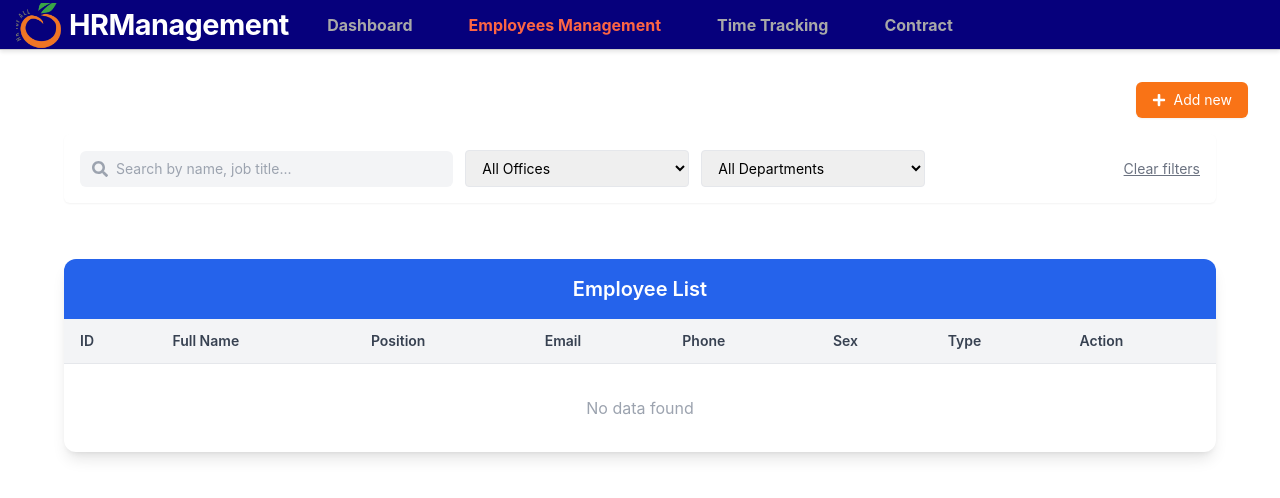
Repository: justJackiee/DA-251
Page: /employeemanagement (app in my-react-app/)
The author's editor kept a copy of each file at every save. The page is drawn from the files as they stood at one save, then again after the next save.
The browser window is 1280 px wide. The pictures show the whole page.
The page's requests for data from a server got no answer. The project was rebuilt for these pictures with package versions that can differ from the ones it lists, and the page was loaded fresh each time. No one was signed in, and anything a server would have sent is missing. Also part of the build but not shown: my-react-app/src/App.css, my-react-app/src/components/pagination.js, my-react-app/src/pages/dashboard.js, my-react-app/src/components/button.js.

Above is the page before, as saved 2025-12-03 15:43:42.

### my-react-app/public/index.html
<!DOCTYPE html>
<html lang="en">
  <head>
    <meta charset="utf-8" />
    <link rel="icon" href="%PUBLIC_URL%/favicon.ico" />
    <meta name="viewport" content="width=device-width, initial-scale=1" />
    <meta name="theme-color" content="#000000" />
    <meta
      name="description"
      content="Web site created using create-react-app"
    />
    <link rel="apple-touch-icon" href="%PUBLIC_URL%/logo192.png" />
    <!--
      manifest.json provides metadata used when your web app is installed on a
      user's mobile device or desktop. See https://developers.google.com/web/fundamentals/web-app-manifest/
    -->
    <link rel="manifest" href="%PUBLIC_URL%/manifest.json" />

    <!-- Google Fonts - Baloo 2 -->
    <link rel="preconnect" href="https://fonts.googleapis.com">
    <link rel="preconnect" href="https://fonts.gstatic.com" crossorigin>
    <link href="https://fonts.googleapis.com/css2?family=Baloo+2:wght@400;500;600;700;800&display=swap" rel="stylesheet">

    <!--
      Notice the use of %PUBLIC_URL% in the tags above.
      It will be replaced with the URL of the `public` folder during the build.
      Only files inside the `public` folder can be referenced from the HTML.

      Unlike "/favicon.ico" or "favicon.ico", "%PUBLIC_URL%/favicon.ico" will
      work correctly both with client-side routing and a non-root public URL.
      Learn how to configure a non-root public URL by running `npm run build`.
    -->
    <title>React App</title>
  </head>
  <body>
    <noscript>You need to enable JavaScript to run this app.</noscript>
    <div id="root"></div>
    <!--
      This HTML file is a template.
      If you open it directly in the browser, you will see an empty page.

      You can add webfonts, meta tags, or analytics to this file.
      The build step will place the bundled scripts into the <body> tag.

      To begin the development, run `npm start` or `yarn start`.
      To create a production bundle, use `npm run build` or `yarn build`.
    -->
  </body>
</html>

### my-react-app/src/App.js
import React from "react";
import { FaSearch, FaTrash } from "react-icons/fa";
import logo from './logo.svg';
import './App.css';

import { HRNavbar } from './components/Navbar';
import CustomScrollbar from './components/schollbar';
import Pagination from './components/pagination'
import Dashboard from './pages/dashboard';
import EmployeeManagement from './pages/employeemanagement'; // modify to test CEmployeeTable
import {
  PrimaryButton,
  SecondaryButton,
  IconButton,
  DropdownButton,
} from "./components/button";

import {
    BrowserRouter as Router,
    Routes,
    Route,
} from "react-router-dom";

import { ThemeProvider } from "@material-tailwind/react";

function App() {
  return (
    <ThemeProvider>
    <Router>
      <div className="h-screen flex flex-col">
        <HRNavbar />

        <main className="flex-1 relative">
          {/* <PrimaryButton text="Save" onClick={() => alert("Saved!")} />
          <SecondaryButton text="Cancel" onClick={() => alert("Cancelled!")} />
          <IconButton icon={<FaSearch />} label="Search" onClick={() => alert("Searching...")} />
          <IconButton icon={<FaTrash />} label="Delete" onClick={() => alert("Deleted!")} /> */}
          {/* <DropdownButton
            label="Select Report"
            options={[
              { label: "Monthly Report", onClick: () => alert("Monthly selected") },
              { label: "Yearly Report", onClick: () => alert("Yearly selected") },
            ]}
          /> */}

          <CustomScrollbar>
            {/* <div className="p-4 md:p-8"> dùng để canh lề (margin)*/}
            <div className="p-4 md:p-8">
              <Routes>
                <Route path="/dashboard" element={<Dashboard />} />
                <Route path="/employeemanagement" element={<EmployeeManagement />} />
                <Route path="/contract" element={<h1>Contract Page</h1>} />
                <Route path="/timetracking" element={<h1>Time Tracking Page</h1>} />
                <Route path="/" element={
                  <header className="App-header">
                    <img src={logo} className="App-logo" alt="logo" />
                    <h1>Welcome to HR Management System</h1>
                    <p>Click on Dashboard in the navigation to get started!</p>
                  </header>
                } />
              </Routes>
            </div>
          </CustomScrollbar>
        </main>
      </div>
    </Router>
    </ThemeProvider>
  );
}

export default App;

### my-react-app/src/components/Navbar/index.js
import React, { useState, useEffect } from 'react';
import { Link, useLocation } from 'react-router-dom';

export function HRNavbar() {
  const [isMenuOpen, setIsMenuOpen] = useState(false);
  const [isMobile, setIsMobile] = useState(false);

  useEffect(() => {
    const checkScreenSize = () => {
      setIsMobile(window.innerWidth < 768);
    };

    checkScreenSize();
    window.addEventListener('resize', checkScreenSize);

    return () => window.removeEventListener('resize', checkScreenSize);
  }, []);

  const toggleMenu = () => {
    setIsMenuOpen(!isMenuOpen);
  };

  const location = useLocation();
  const current = location.pathname || '/';

  const linkColor = (path) => (current === path ? '#fc6544' : '#a8a8a8ff');

  return (
    <nav style={{
      backgroundColor: '#06007c',
      padding: '0',
      boxShadow: '0 2px 4px rgba(0,0,0,0.1)',
      borderBottom: '1px solid #ccc',
      position: 'relative',
      height: '50px',
      minHeight: '50px',
      maxHeight: '50px',
      overflow: 'visible',
      boxSizing: 'border-box'
    }}>
      {/* Main Navigation Bar */}
      <div style={{
        display: 'flex',
        alignItems: 'center',
        height: '50px',
        padding: '0 1rem',
        boxSizing: 'border-box',
        position: 'relative'
      }}>
        {/* Left side: Brand */}
         {isMobile && (
          <div style={{ marginLeft: '0.5rem', zIndex: 20 }}>
            <button
              onClick={toggleMenu}
              aria-label="Open menu"
              style={{
                background: 'none',
                border: '2px solid #fc6544',
                fontSize: '1.5rem',
                cursor: 'pointer',
                padding: '0.25rem 0.5rem',
                color: '#fc6544',
                borderRadius: '4px'
              }}
            >
              {isMenuOpen ? '✕' : '☰'}
            </button>
          </div>
        )}
        <div style={{
          display: 'flex',
          alignItems: 'center',
          gap: '0.5rem',
          // On desktop we position the brand absolutely to allow a centered menu.
          // On mobile we keep it in normal flow so it doesn't overlap the hamburger button.
          position: isMobile ? 'relative' : 'absolute',
          left: isMobile ? '0.5rem' : '1rem',
          zIndex: 10
        }}>
          {/* Brand / Logo and Text Container */}
          <div style={{
            display: 'flex',
            alignItems: 'center',
            gap: '0.5rem'
          }}>
            {/* Logo */}
            <div style={{
              height: '45px',
              width: '45px',
              display: 'flex',
              alignItems: 'center',
              justifyContent: 'center',
              overflow: 'hidden',
              flexShrink: 0
            }}>
              <img
                src="/idCu14vzRC_logos-removebg-preview.png"
                alt="HRManagement Logo"
                style={{
                  maxHeight: isMobile ? '40px' : '70px',
                  maxWidth: isMobile ? '40px' : '70px',
                  width: 'auto',
                  height: 'auto',
                  objectFit: 'contain'
                }}
              />
            </div>
            {/* Text */}
            <h2 style={{
              margin: 0,
              color: '#ffffff',
              fontSize: isMobile ? '1.6rem' : '1.8rem',
              fontWeight: '700',
              fontFamily: 'Baloo 2, sans-serif',
              letterSpacing: '-0.5px'
            }}>
              HRManagement
            </h2>
          </div>
        </div>
        {/* Mobile hamburger placed inside left brand container so it's on the left side */}


        {/* Center: Desktop Menu */}
        {!isMobile && (
          <div style={{
            display: 'flex',
            gap: '3.5rem',
            alignItems: 'center',
            position: 'absolute',
            left: '50%',
            transform: 'translateX(-50%)'
          }}>
            <Link to="/dashboard" style={{
              textDecoration: 'none',
              color: linkColor('/dashboard'),
              fontSize: '1rem',
              fontWeight: '650',
              fontFamily: 'Baloo 2, sans-serif'
            }}>
              Dashboard
            </Link>
            <Link to="/employeemanagement" style={{
              textDecoration: 'none',
              color: linkColor('/employeemanagement'),
              fontSize: '1rem',
              fontWeight: '650',
              fontFamily: 'Baloo 2, sans-serif'
            }}>
              Employees Management
            </Link>
            <Link to="/timetracking" style={{
              textDecoration: 'none',
              color: linkColor('/timetracking'),
              fontSize: '1rem',
              fontWeight: '650',
              fontFamily: 'Baloo 2, sans-serif'
            }}>
              Time Tracking
            </Link>
            <Link to="/contract" style={{
              textDecoration: 'none',
              color: linkColor('/contract'),
              fontSize: '1rem',
              fontWeight: '650',
              fontFamily: 'Baloo 2, sans-serif'
            }}>
              Contract
            </Link>
          </div>
        )}

  {/* Right side: Button and Mobile Menu (hidden on mobile) */}
  <div style={{ display: 'flex', alignItems: 'center' }}>
          {/* Desktop Button - Hidden on mobile */}
          {/* {!isMobile && (
            <button style={{
              backgroundColor: '#374151',
              color: 'white',
              padding: '0.5rem 1rem',
              border: 'none',
              borderRadius: '0.375rem',
              cursor: 'pointer',
              fontSize: '0.875rem',
              fontWeight: '500',
              fontFamily: 'Baloo 2, sans-serif'
            }}>
              GET STARTED
            </button>
          )} */}

          {/* Desktop-only button (hidden on mobile) - kept for symmetry if needed */}
          {/* Hide the hamburger on desktop: only show mobile hamburger (left side) */}
          <button
            onClick={toggleMenu}
            style={{
              background: 'none',
              border: '2px solid #fc6544',
              fontSize: '1.5rem',
              cursor: 'pointer',
              padding: '0.5rem',
              color: '#fc6544',
              borderRadius: '4px',
              display: 'none' // ensure no hamburger appears on desktop
            }}
          >
            {isMenuOpen ? '✕' : '☰'}
          </button>
        </div>
      </div>

      {/* Mobile Menu Dropdown - Show when menu is open */}
      {isMenuOpen && (
        <div style={{
          position: 'absolute',
          top: '50px',              // Position right below navbar
          left: 0,
          right: 0,
          backgroundColor: '#ffffff',
          boxShadow: '0 4px 6px rgba(0,0,0,0.1)',
          padding: '1rem 2rem',
          display: 'flex',
          flexDirection: 'column',
          gap: '0',
          zIndex: 9999,
          border: '1px solid #e5e7eb',
          borderTop: 'none',
          width: '100%',
          boxSizing: 'border-box',
          minHeight: '200px'        // Add minimum height to ensure visibility
        }}>
          <Link to="/dashboard" style={{
            textDecoration: 'none',
            color: linkColor('/dashboard'),
            fontSize: '1rem',
            padding: '1rem 0',
            borderBottom: '1px solid #f3f4f6',
            fontFamily: 'Baloo 2, sans-serif'
          }}>
            Dashboard
          </Link>
          <Link to="/employeemanagement" style={{
            textDecoration: 'none',
            color: linkColor('/employeemanagement'),
            fontSize: '1rem',
            padding: '1rem 0',
            borderBottom: '1px solid #f3f4f6',
            fontFamily: 'Baloo 2, sans-serif'
          }}>
            Employees Management
          </Link>
          <Link to="/timetracking" style={{
            textDecoration: 'none',
            color: linkColor('/timetracking'),
            fontSize: '1rem',
            padding: '1rem 0',
            borderBottom: '1px solid #f3f4f6',
            fontFamily: 'Baloo 2, sans-serif'
          }}>
            Time Tracking
          </Link>
          <Link to="/contract" style={{
            textDecoration: 'none',
            color: linkColor('/contract'),
            fontSize: '1rem',
            padding: '1rem 0',
            borderBottom: '1px solid #f3f4f6',
            fontFamily: 'Baloo 2, sans-serif'
          }}>
            Contract
          </Link>
          {/* <button style={{
            backgroundColor: '#374151',
            color: 'white',
            padding: '0.75rem 1.5rem',
            border: 'none',
            borderRadius: '0.375rem',
            cursor: 'pointer',
            fontSize: '1rem',
            fontWeight: '500',
            marginTop: '1rem',
            marginBottom: '0.5rem',
            fontFamily: 'Baloo 2, sans-serif'
          }}>
            GET STARTED
          </button> */}
        </div>
      )}
    </nav>
  );
}

### my-react-app/src/components/schollbar.js
import React from 'react';
import { Scrollbars } from 'react-custom-scrollbars-2';

// Đổi kiểu thumb
const CustomThumb = (props) => (
  <div {...props} className="bg-slate-500 rounded-full" />
);

// CustomScrollbar
function CustomScrollbar({ children }) {
  return (
    <Scrollbars
      renderThumbVertical={CustomThumb}
      style={{ width: '100%', height: '100%' }}
    >

      {children}

    </Scrollbars>
  );
}

export default CustomScrollbar;

### my-react-app/src/pages/employeemanagement.js
import React, { useEffect, useState, useMemo } from "react";
import axios from "axios"; // 1. Import axios
import CEmployeeTable from "../components/Table/CEmployeeTable";
// import HeaderTabs from '../components/HeaderTabs';
import FiltersBar from '../components/FiltersBar';
import { FaPlus } from 'react-icons/fa';


function EmployeeManagement() {
  // const [activeTab, setActiveTab] = useState('team');
  const [search, setSearch] = useState('');
  const [filters, setFilters] = useState({ office: '', department: '' });

  // 2. Khởi tạo data là mảng rỗng ban đầu (thay vì mock data)
  const [data, setData] = useState([]);
  const [loading, setLoading] = useState(true);

 // 3. Gọi API từ Backend khi component được load
  useEffect(() => {
    const fetchEmployees = async () => {
      try {
        const response = await axios.get('http://localhost:5000/api/employees');
        const apiData = response.data;

        // 4. MAPPING DỮ LIỆU (ĐÃ SỬA LỖI)
        const formattedData = apiData.map(emp => {
          // Xử lý an toàn: Nếu không có chức vụ thì để chuỗi rỗng
          const safePosition = emp.position || '';

          return {
            id: emp.id,
            // Ghép họ tên
            fullName: `${emp.fName} ${emp.mName ? emp.mName + ' ' : ''}${emp.lName}`,
            email: emp.email,
            phone: emp.phone,
            sex: emp.sex,
            // Nếu không có position thì hiện 'Staff' mặc định
            position: safePosition || 'Staff',
            type: emp.type, // Lưu ý: Backend bạn trả về 'type', không phải 'ceType' (check lại console log nếu cần)
            status: emp.status,
            // Xử lý địa chỉ an toàn
            location: emp.address ? emp.address.split(',').pop().trim() : 'Unknown',
            // SỬA LỖI CHÍNH TẠI ĐÂY: Kiểm tra safePosition thay vì emp.position
            department: safePosition.includes('HR') ? 'Human Resources' : 'Engineering'
          };
        });

        setData(formattedData);
        setLoading(false);
      } catch (error) {
        console.error("Lỗi khi tải danh sách nhân viên:", error);
        setLoading(false);
      }
    };

    fetchEmployees();
  }, []);

  const onFilterChange = (k, v) => setFilters((s) => ({ ...s, [k]: v }));
  const onClear = () => { setSearch(''); setFilters({ office: '', department: '' }); };

  const filteredData = useMemo(() => {
    return data.filter(emp => {
      const searchLower = search.toLowerCase();
      // Logic search cũ của bạn giữ nguyên
      const matchSearch = (emp.fullName && emp.fullName.toLowerCase().includes(searchLower)) ||
                          (emp.email && emp.email.toLowerCase().includes(searchLower));

      // Logic filter
      // Lưu ý: Nếu database chưa chuẩn department/office thì bộ lọc này có thể lọc hết dữ liệu.
      // Tạm thời tôi để logic lỏng hơn: Nếu filter rỗng thì luôn true.
      const matchDept = filters.department ? emp.department === filters.department : true;
      const matchOffice = filters.office ? (emp.location && emp.location.includes(filters.office)) : true;

      return matchSearch && matchDept && matchOffice;
    });
  }, [data, search, filters]);

  if (loading) {
    return <div className="p-10 text-center">Đang tải dữ liệu từ Server...</div>;
  }

  return (
    <div>
      {/* <HeaderTabs active={activeTab} onTabChange={setActiveTab} /> */}
      <div className="flex justify-end">
        <button
          className="inline-flex items-center gap-2 px-4 py-2 bg-orange-500 hover:bg-orange-600 text-white rounded-md shadow-sm text-sm"
          aria-label="Add new"
        >
            <FaPlus />
                <span className="hidden sm:inline">Add new</span>
        </button>
      </div>
      <FiltersBar search={search} onSearch={setSearch} filters={filters} onFilterChange={onFilterChange} onClear={onClear} />
      <div className="max-w-7xl mx-auto px-4 sm:px-6 lg:px-8 py-6">
        <CEmployeeTable data={filteredData} search={search} filters={filters} />
      </div>
    </div>
  );
}

export default EmployeeManagement;

### my-react-app/src/components/Table/CEmployeeTable.js
import React from "react";

function CEmployeeTable({
  // SỬA LỖI 2: Nhận prop 'data' thay vì 'employees' để khớp với file cha
  data = [],
  columns = null,
  title = "Employee List",
  showActions = true,
  onEdit = null
}) {
  // Gán data vào biến employees để dùng tiếp logic bên dưới
  const employees = data;

  // SỬA LỖI 3: Cập nhật cấu hình cột khớp với tên biến trong MOCK DATA (fullName, email...)
  const defaultColumns = [
    { header: "ID", accessor: "id" },
    { header: "Full Name", accessor: "fullName" }, // Dùng accessor trực tiếp vì data đã nối chuỗi rồi
    { header: "Position", accessor: "position" },
    { header: "Email", accessor: "email" },
    { header: "Phone", accessor: "phone" },
    {
      header: "Sex",
      // Sửa logic render giới tính
      render: (row) => row.sex === 'M' ? 'Male' : row.sex === 'F' ? 'Female' : row.sex
    },
    {
      header: "Type",
      render: (row) => (
        <span className={`px-2 py-1 rounded-full text-xs font-medium ${
            // Sửa logic check màu dựa trên value thực tế
            row.type === "HR" ? "bg-purple-100 text-purple-700" :
            row.type === "Freelance" ? "bg-orange-100 text-orange-700" :
            "bg-blue-100 text-blue-700"
        }`}>
          {row.type}
        </span>
      )
    }
  ];

  const tableColumns = columns || defaultColumns;

  const handleEdit = (item) => {
    if (onEdit) {
      onEdit(item);
    } else {
      window.location.href = `/employeemanagement/profile/${item.id}`;
    }
  };

  return (
    <div className="flex justify-center mt-4">
      <div className="w-full bg-white shadow-lg rounded-xl overflow-hidden">
        <div className="bg-blue-600 text-white text-center py-4 font-semibold text-xl">
          {title}
        </div>

        <div className="overflow-x-auto">
          <table className="w-full text-left border-collapse">
            <thead>
              <tr className="bg-gray-100 text-gray-700">
                {tableColumns.map((col, index) => (
                  <th key={index} className="py-3 px-4 text-left font-semibold border-b text-sm">
                    {col.header}
                  </th>
                ))}
                {showActions && <th className="py-3 px-4 text-left font-semibold border-b text-sm">Action</th>}
              </tr>
            </thead>
            <tbody>
              {employees.length === 0 ? (
                <tr>
                  <td colSpan={tableColumns.length + (showActions ? 1 : 0)} className="py-8 text-center text-gray-400">
                    No data found
                  </td>
                </tr>
              ) : (
                employees.map((item, rowIndex) => (
                  <tr key={item.id || rowIndex} className={`${rowIndex % 2 === 0 ? "bg-gray-50" : "bg-white"} hover:bg-blue-50 transition`}>
                    {tableColumns.map((col, colIndex) => (
                      <td key={colIndex} className="py-3 px-4 text-left border-b text-sm">
                        {/* Logic render an toàn */}
                        {col.render ? col.render(item) : item[col.accessor]}
                      </td>
                    ))}
                    {showActions && (
                      <td className="py-3 px-4 text-left border-b text-sm">
                        <button onClick={() => handleEdit(item)} className="text-blue-600 hover:underline font-medium">
                          View
                        </button>
                      </td>
                    )}
                  </tr>
                ))
              )}
            </tbody>
          </table>
        </div>
        {employees.length > 0 && (
          <div className="text-gray-500 text-sm text-right p-3 border-t">
            Showing {employees.length} record{employees.length !== 1 ? 's' : ''}
          </div>
        )}
      </div>
    </div>
  );
}

export default CEmployeeTable;

### my-react-app/src/components/FiltersBar.js
import React from 'react';
import { FaSearch } from 'react-icons/fa';

export default function FiltersBar({ search, onSearch, filters, onFilterChange, onClear }) {
  return (
    <div className="max-w-7xl mx-auto px-4 sm:px-6 lg:px-8 py-4">
  <div className="bg-white p-4 rounded-md shadow-sm flex flex-col md:flex-row md:items-center gap-3 overflow-visible relative z-50">
        {/* Search: flexible on larger screens, full width on small */}
        <div className="flex items-center w-full md:w-1/3 bg-gray-100 rounded-md px-3 py-2 min-w-0">
          <FaSearch className="text-gray-400 mr-2 flex-shrink-0" />
          <input
            value={search}
            onChange={(e) => onSearch?.(e.target.value)}
            className="bg-transparent flex-1 outline-none text-sm min-w-0"
            placeholder="Search by name, job title..."
            aria-label="Search employees"
          />
        </div>

        {/* Filters container: horizontally aligned on md+, stacked on xs */}
        <div className="flex w-full md:w-auto gap-3 items-center">
          <select
            value={filters.office || ''}
            onChange={(e) => onFilterChange?.('office', e.target.value)}
            className="border rounded px-3 py-2 text-sm w-full md:w-56 min-w-0"
            style={{ direction: 'ltr' }}
          >
            <option value="">All Offices</option>
            <option>PM Coop.</option>
            <option>Elevate Complex</option>
          </select>

          <select
            value={filters.department || ''}
            onChange={(e) => onFilterChange?.('department', e.target.value)}
            className="border rounded px-3 py-2 text-sm w-full md:w-56 min-w-0"
            style={{ direction: 'ltr' }}
          >
            <option value="">All Departments</option>
            <option>Production</option>
            <option>Marketing</option>
          </select>
        </div>

        <div className="ml-auto text-sm text-gray-500">
          <button onClick={onClear} className="underline">Clear filters</button>
        </div>
      </div>
    </div>
  );
}

Loaded but not shown: my-react-app/src/index.js (common file); my-react-app/src/index.css (common file); my-react-app/src/reportWebVitals.js (common file); my-react-app/tailwind.config.js (common file)

After the next save:
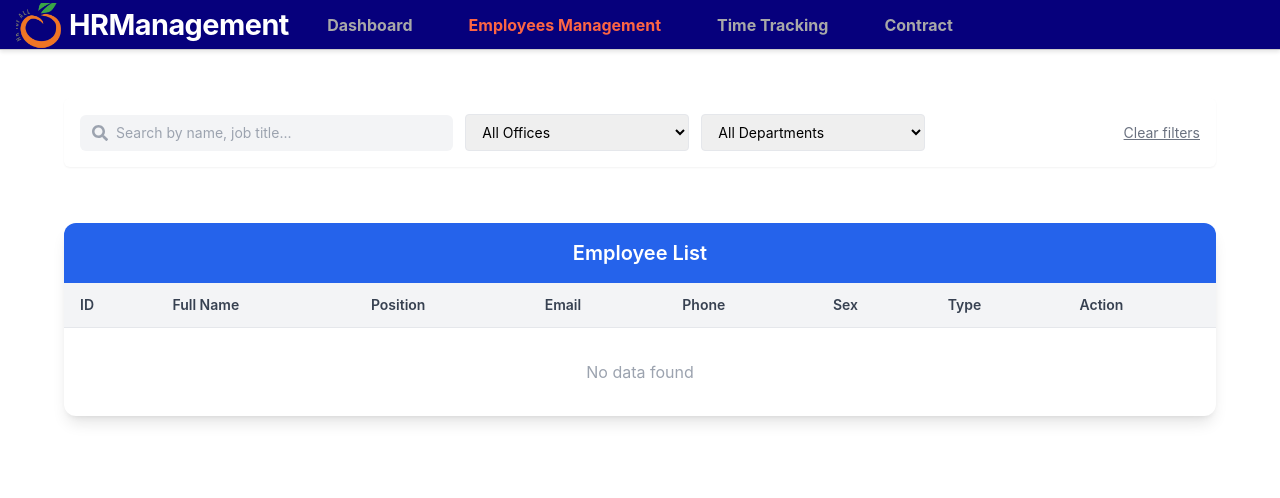
Saved 22 s later.
--- a/my-react-app/src/pages/employeemanagement.js
+++ b/my-react-app/src/pages/employeemanagement.js
@@ -83,15 +83,7 @@ function EmployeeManagement() {
   return (
     <div>
       {/* <HeaderTabs active={activeTab} onTabChange={setActiveTab} /> */}
-      <div className="flex justify-end">
-        <button
-          className="inline-flex items-center gap-2 px-4 py-2 bg-orange-500 hover:bg-orange-600 text-white rounded-md shadow-sm text-sm"
-          aria-label="Add new"
-        >
-            <FaPlus />
-                <span className="hidden sm:inline">Add new</span>
-        </button>
-      </div>
+
       <FiltersBar search={search} onSearch={setSearch} filters={filters} onFilterChange={onFilterChange} onClear={onClear} />
       <div className="max-w-7xl mx-auto px-4 sm:px-6 lg:px-8 py-6">
         <CEmployeeTable data={filteredData} search={search} filters={filters} />
